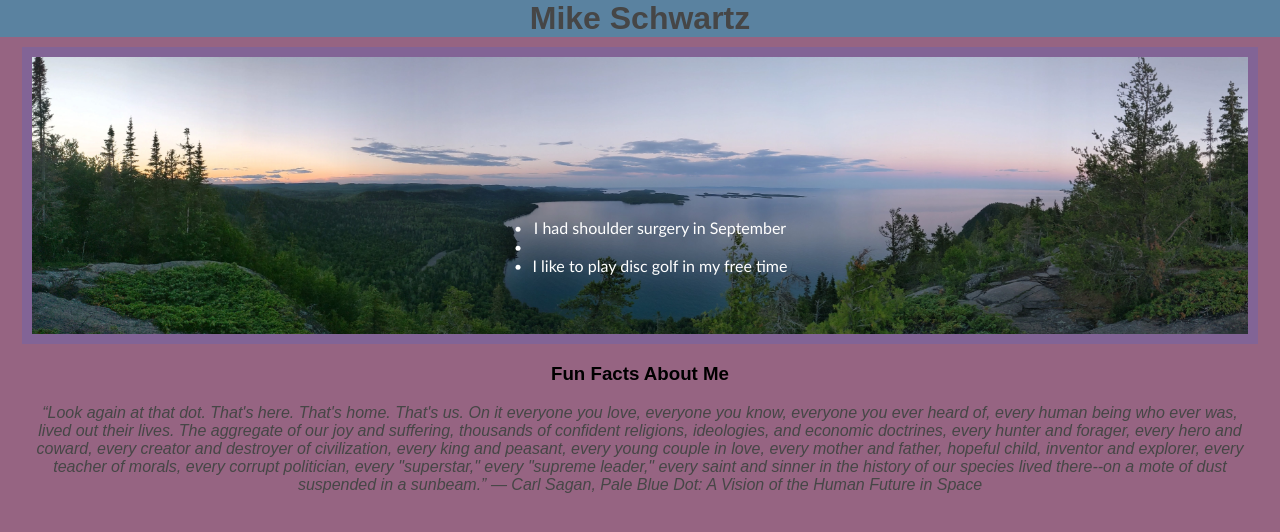
Repository: Ellusionism/prime-pw-week-1-assignment
Page: assignment/index.html
The author's editor kept a copy of each file at every save. The page is drawn from the files as they stood at one save, then again after a run of saves.
The browser window is 1280 px wide. The pictures show the whole page.

Above is the page before, as saved 2022-10-26 16:15:14.

### assignment/index.html
<!DOCTYPE html>
<html>
<head>
    <meta charset="utf-8" />
    <meta http-equiv="X-UA-Compatible" content="IE=edge">
    <!-- Change the <title> from "Page Title" to "Hello World" -->
    <title>Hello World</title>
    <meta name="viewport" content="width=device-width, initial-scale=1">

    <link rel="stylesheet" type="text/css" media="screen" href="style.css" />
</head>
<body>
    <!-- Create a header element  -->
    <header>
        <h1 class="name">Mike Schwartz</h1>
    </header>
    <!-- Inside the header, add an <h1> element containing your name -->

    <!-- Include an image -->
    <div class="container">
        <img src="mtjosephine.jpg" alt="Mount Josephine summit view" class="img">
        <h3>Fun Facts About Me</h3>
        <ul class="fun-facts">
            <li>I had shoulder surgery in September</li>
            <li></li>
            <li>I like to play disc golf in my free time</li>
        </ul>
    </div>
    <!-- Create an unordered list with 3 list items of fun facts about you -->

    <!-- Create a footer element -->
    <footer class="fav-quote clearfix">
        <p>“Look again at that dot. That's here. That's home. That's us. On it everyone you love, everyone you know, everyone you ever heard of, every human being who ever was, lived out their lives. The aggregate of our joy and suffering, thousands of confident religions, ideologies, and economic doctrines, every hunter and forager, every hero and coward, every creator and destroyer of civilization, every king and peasant, every young couple in love, every mother and father, hopeful child, inventor and explorer, every teacher of morals, every corrupt politician, every "superstar," every "supreme leader," every saint and sinner in the history of our species lived there--on a mote of dust suspended in a sunbeam.”
            ― Carl Sagan, Pale Blue Dot: A Vision of the Human Future in Space</p>
    </footer>
    <!-- Inside your footer, put a <p> element with your favorite quote -->
</body>
</html>

### assignment/style.css
/* Give your page a fun background color */
body {
 background-color: rgb(150, 100, 130);
 margin: 0;
 font-family: Arial, Helvetica, sans-serif;
}
/* Make the header and footer a different color from the background */
header {
 background-color: rgb(90, 130, 160);
 margin-bottom: 10px;
}
/* Align the h1 containing your name in the center of the header*/
.name {
 color:rgb(70, 70, 70);
 text-align: center;
 margin: 0;
}
/* Make your p tag a different color and italic */
.fav-quote {
 margin: 0 2.5%;
 color: rgb(70, 70, 70);
 font-style: italic;
 text-align: center;

}
/* Put a border around your image */
.img {
 border: 10px solid  rgb(130, 100, 150);
 padding: 0;
 display: block;
 margin: auto;
 max-height: 100%;
 max-width: 95%;
}
/* Change the font-family of your list */
.fun-facts {
 color: #fff;
 font-family:'Gill Sans', 'Gill Sans MT', Calibri, 'Trebuchet MS', sans-serif;
 position: absolute;
 top: 50%;
 left: 50%;
 transform: translate(-50%, -25%);
}
 .container {
  position: relative;
  text-align: center;
 }

After the next 3 saves:
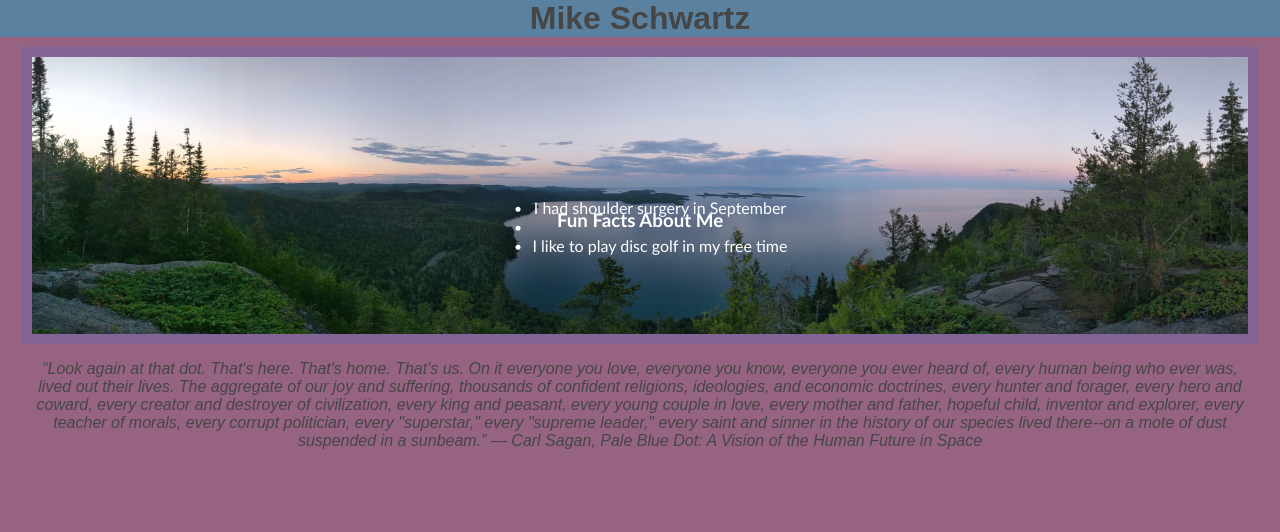
The 3 saves are shown as one change because they came seconds apart.
The last was saved 10 s later.
--- a/assignment/index.html
+++ b/assignment/index.html
@@ -19,7 +19,7 @@
     <!-- Include an image -->
     <div class="container">
         <img src="mtjosephine.jpg" alt="Mount Josephine summit view" class="img">
-        <h3>Fun Facts About Me</h3>
+        <h3 class="fun-facts">Fun Facts About Me</h3>
         <ul class="fun-facts">
             <li>I had shoulder surgery in September</li>
             <li></li>
